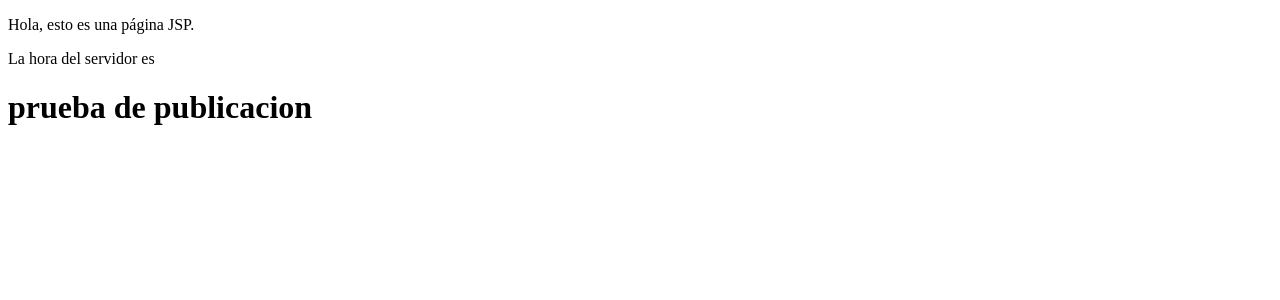
Repository: jojurado/pruebaswas
Page: http://localhost/demoWAS85/
These files come from the project's save history. The page is drawn as it stood at one moment and after the next save; the edit follows.
The browser window is 1280 px wide. The pictures show the whole page.
The page is served by Tomcat 9. Other server files are loaded and not shown.

Above is the page before, as saved 2018-01-29 19:04:44.

### demoWAS85/WebContent/index.jsp
<%@ page language="java" contentType="text/html; charset=ISO-8859-1"
	pageEncoding="ISO-8859-1"%>
<!DOCTYPE html PUBLIC "-//W3C//DTD HTML 4.01 Transitional//EN" "http://www.w3.org/TR/html4/loose.dtd">
<html>
<head>
<meta http-equiv="Content-Type" content="text/html; charset=ISO-8859-1">
<title>Insert title here</title>
</head>
<body>
	<p>Hola, esto es una página JSP.</p>
	<p>
		La hora del servidor es 		<%--=new Date()--%></p>
	<h1>prueba de publicacion</h1>
</body>
</html>

After the next save:
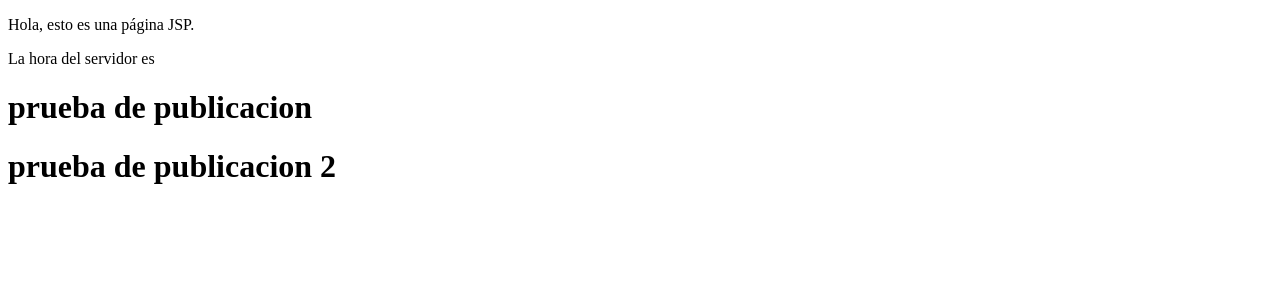
Saved 96 min 11 s later.
--- a/demoWAS85/WebContent/index.jsp
+++ b/demoWAS85/WebContent/index.jsp
@@ -11,5 +11,6 @@
 	<p>
 		La hora del servidor es 		<%--=new Date()--%></p>
 	<h1>prueba de publicacion</h1>
+	<h1>prueba de publicacion 2</h1>
 </body>
 </html>
